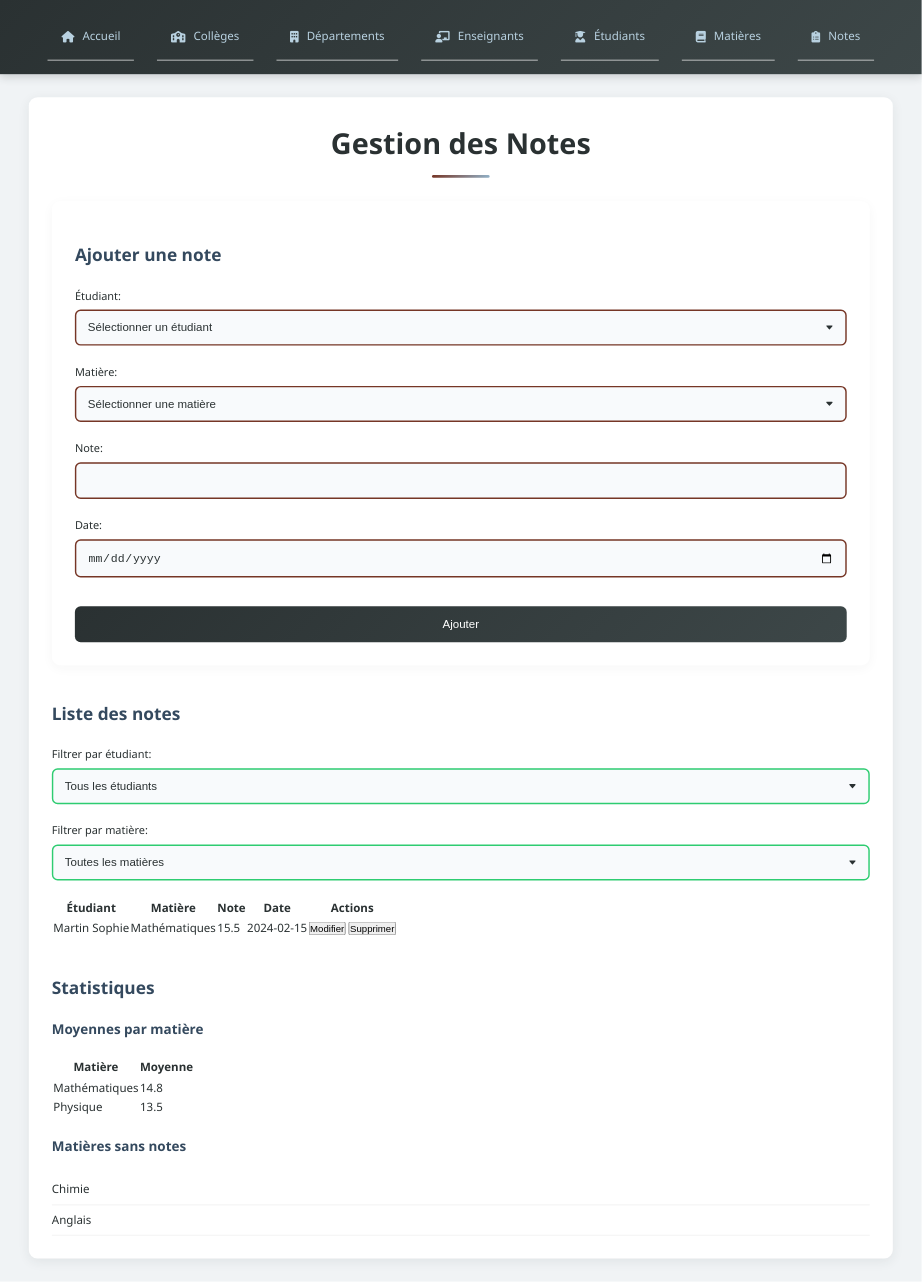
Repository: Ishimw3/college-management
Page: pages/grades.html
The author's editor kept a copy of each file at every save. The page is drawn from the files as they stood at one save, then again after the next save.
The browser window is 1280 px wide. The pictures show the whole page, at 72% of full size.

Above is the page before, as saved 2025-02-24 20:40:48.
Console error: ReferenceError: data is not defined

### pages/grades.html
<!DOCTYPE html>
<html lang="fr">
<head>
    <meta charset="UTF-8">
    <meta name="viewport" content="width=device-width, initial-scale=1.0">
    <title>Gestion des Notes</title>
    <link rel="stylesheet" href="../assets/css/main.css">
    <link rel="stylesheet" href="https://cdnjs.cloudflare.com/ajax/libs/font-awesome/6.0.0-beta3/css/all.min.css">
</head>
<body>
    <nav>
        <ul>
            <li><a href="../index.html"><i class="fas fa-home"></i> Accueil</a></li>
            <li><a href="colleges.html"><i class="fas fa-school"></i> Collèges</a></li>
            <li><a href="departements.html"><i class="fas fa-building"></i> Départements</a></li>
            <li><a href="teachers.html"><i class="fas fa-chalkboard-teacher"></i> Enseignants</a></li>
            <li><a href="students.html"><i class="fas fa-user-graduate"></i> Étudiants</a></li>
            <li><a href="subjects.html"><i class="fas fa-book"></i> Matières</a></li>
            <li><a href="grades.html"><i class="fas fa-clipboard-list"></i> Notes</a></li>
        </ul>
    </nav>

    <div class="container">
        <h1>Gestion des Notes</h1>

        <!-- Formulaire d'ajout de note -->
        <section class="form-section">
            <h2>Ajouter une note</h2>
            <form>
                <div class="form-group">
                    <label for="etudiant">Étudiant:</label>
                    <select id="etudiant" required>
                        <option value="">Sélectionner un étudiant</option>
                        <option value="1">Martin Sophie</option>
                        <option value="2">Dubois Pierre</option>
                    </select>
                </div>
                <div class="form-group">
                    <label for="matiere">Matière:</label>
                    <select id="matiere" required>
                        <option value="">Sélectionner une matière</option>
                        <option value="1">Mathématiques</option>
                        <option value="2">Physique</option>
                    </select>
                </div>
                <div class="form-group">
                    <label for="note">Note:</label>
                    <input type="number" id="note" min="0" max="20" step="0.5" required>
                </div>
                <div class="form-group">
                    <label for="date">Date:</label>
                    <input type="date" id="date" required>
                </div>
                <button type="submit">Ajouter</button>
            </form>
        </section>

        <!-- Liste des notes -->
        <section class="list-section">
            <h2>Liste des notes</h2>
            <div class="filters">
                <div class="form-group">
                    <label for="filter-etudiant">Filtrer par étudiant:</label>
                    <select id="filter-etudiant">
                        <option value="">Tous les étudiants</option>
                        <option value="1">Martin Sophie</option>
                        <option value="2">Dubois Pierre</option>
                    </select>
                </div>
                <div class="form-group">
                    <label for="filter-matiere">Filtrer par matière:</label>
                    <select id="filter-matiere">
                        <option value="">Toutes les matières</option>
                        <option value="1">Mathématiques</option>
                        <option value="2">Physique</option>
                    </select>
                </div>
            </div>

            <table>
                <thead>
                    <tr>
                        <th>Étudiant</th>
                        <th>Matière</th>
                        <th>Note</th>
                        <th>Date</th>
                        <th>Actions</th>
                    </tr>
                </thead>
                <tbody>
                    <tr>
                        <td>Martin Sophie</td>
                        <td>Mathématiques</td>
                        <td>15.5</td>
                        <td>2024-02-15</td>
                        <td>
                            <button class="btn-edit">Modifier</button>
                            <button class="btn-delete">Supprimer</button>
                        </td>
                    </tr>
                </tbody>
            </table>
        </section>

        <!-- Statistiques -->
        <section class="stats-section">
            <h2>Statistiques</h2>
            <div class="stats-grid">
                <div class="stat-card">
                    <h3>Moyennes par matière</h3>
                    <table>
                        <thead>
                            <tr>
                                <th>Matière</th>
                                <th>Moyenne</th>
                            </tr>
                        </thead>
                        <tbody>
                            <tr>
                                <td>Mathématiques</td>
                                <td>14.8</td>
                            </tr>
                            <tr>
                                <td>Physique</td>
                                <td>13.5</td>
                            </tr>
                        </tbody>
                    </table>
                </div>
                <div class="stat-card">
                    <h3>Matières sans notes</h3>
                    <ul>
                        <li>Chimie</li>
                        <li>Anglais</li>
                    </ul>
                </div>
            </div>
        </section>
    </div>

    <script src="../assets/js/utils.js"></script>
    <script src="../assets/js/main.js"></script>
    <script src="../assets/js/app.js"></script>
</body>
</html>

### assets/css/main.css
:root {
    --charcoal: #2A3132;
    --rust: #763626;
    --sky-blue: #90AFC5;
    --light-sky: #b8d1e0;
    --dark-rust: #562419;
    --light-charcoal: #3d4748;
    --input-bg: #f8fafc;
    --input-border: #e2e8f0;
    --input-focus-border: var(--sky-blue);
    --input-shadow: rgba(144, 175, 197, 0.1);
    --form-shadow: rgba(42, 49, 50, 0.04);
}

/* Reset et styles de base */
* {
    margin: 0;
    padding: 0;
    box-sizing: border-box;
}

body {
    font-family: 'Segoe UI', Tahoma, Geneva, Verdana, sans-serif;
    line-height: 1.6;
    color: var(--charcoal);
    background-color: #f0f3f5;
}

/* Navigation */
nav {
    background: linear-gradient(135deg, var(--charcoal), var(--light-charcoal));
    padding: 1.2rem;
    box-shadow: 0 4px 12px rgba(42, 49, 50, 0.2);
}

nav ul {
    list-style: none;
    display: flex;
    justify-content: center;
    gap: 2rem;
    max-width: 1200px;
    margin: 0 auto;
}

nav a {
    color: var(--light-sky);
    text-decoration: none;
    padding: 0.7rem 1.2rem;
    border-radius: 6px;
    transition: all 0.3s ease;
    display: flex;
    align-items: center;
    gap: 0.7rem;
}

nav a:hover {
    background-color: var(--rust);
    transform: translateY(-2px);
    color: white;
}

/* Conteneur principal */
.container {
    max-width: 1200px;
    margin: 2rem auto;
    padding: 2rem;
    background-color: white;
    border-radius: 12px;
    box-shadow: 0 4px 16px rgba(42, 49, 50, 0.08);
}

/* En-têtes */
h1 {
    margin-bottom: 2rem;
    color: var(--charcoal);
    font-size: 2.5rem;
    text-align: center;
    position: relative;
    padding-bottom: 1rem;
}

h1:after {
    content: '';
    position: absolute;
    bottom: 0;
    left: 50%;
    transform: translateX(-50%);
    width: 80px;
    height: 4px;
    background: linear-gradient(90deg, var(--rust), var(--sky-blue));
    border-radius: 2px;
}

h2, h3 {
    margin: 1.5rem 0;
    color: #34495e;
    font-family: 'Segoe UI', Tahoma, Geneva, Verdana, sans-serif;
}

/* Sections */
.form-section, .list-section {
    margin-bottom: 3rem;
}

.form-section {
    background: white;
    padding: 2rem;
    border-radius: 12px;
    box-shadow: 0 4px 16px var(--form-shadow);
    margin-bottom: 3rem;
}

/* Formulaires */
.form-group {
    margin-bottom: 1.5rem;
    position: relative;
}

label {
    display: block;
    margin-bottom: 0.5rem;
    font-weight: 500;
    color: var(--charcoal);
    transition: all 0.3s ease;
    font-size: 0.95rem;
}

input, select, textarea {
    width: 100%;
    padding: 0.9rem 1rem;
    border: 2px solid var(--input-border);
    border-radius: 8px;
    background: var(--input-bg);
    font-size: 1rem;
    transition: all 0.3s ease;
    color: var(--charcoal);
}

input:hover, select:hover, textarea:hover {
    border-color: var(--sky-blue);
    background: white;
}

input:focus, select:focus, textarea:focus {
    border-color: var(--sky-blue);
    background: white;
    outline: none;
    box-shadow: 0 0 0 4px var(--input-shadow);
}

/* Style pour les champs requis */
input:required + label::after,
select:required + label::after {
    content: '*';
    color: var(--rust);
    margin-left: 4px;
}

/* Style pour les champs valides/invalides */
input:valid,
select:valid {
    border-color: #2ecc71;
}

input:invalid:not(:placeholder-shown),
select:invalid:not(:focus) {
    border-color: var(--rust);
}

/* Boutons de formulaire */
form button {
    background: linear-gradient(135deg, var(--charcoal), var(--light-charcoal));
    color: white;
    padding: 1rem 2rem;
    border: none;
    border-radius: 8px;
    font-weight: 500;
    font-size: 1rem;
    cursor: pointer;
    transition: all 0.3s ease;
    width: 100%;
    margin-top: 1rem;
}

form button:hover {
    background: linear-gradient(135deg, var(--rust), var(--dark-rust));
    transform: translateY(-2px);
    box-shadow: 0 4px 12px rgba(118, 54, 38, 0.2);
}

form button:active {
    transform: translateY(0);
}

/* Animation de focus pour les labels */
.form-group:focus-within label {
    color: var(--sky-blue);
    transform: translateY(-2px);
}

/* Style pour les select */
select {
    appearance: none;
    background-image: url("data:[embedded picture, 259 characters]");
    background-repeat: no-repeat;
    background-position: right 1rem center;
    padding-right: 2.5rem;
}

/* Groupes de formulaires en colonnes */
@media (min-width: 768px) {
    .form-row {
        display: grid;
        grid-template-columns: repeat(2, 1fr);
        gap: 1.5rem;
    }
}

/* Message d'aide pour les champs */
.form-help {
    font-size: 0.85rem;
    color: #666;
    margin-top: 0.25rem;
}

/* Animation de chargement pour les boutons */
form button.loading {
    position: relative;
    color: transparent;
}

form button.loading::after {
    content: '';
    position: absolute;
    width: 20px;
    height: 20px;
    top: 50%;
    left: 50%;
    margin: -10px 0 0 -10px;
    border: 2px solid rgba(255,255,255,0.3);
    border-radius: 50%;
    border-top-color: white;
    animation: spin 0.8s infinite linear;
}

@keyframes spin {
    to { transform: rotate(360deg); }
}

/* Liste sans puces */
ul {
    list-style: none;
    padding: 0;
}

ul li {
    padding: 0.5rem 0;
    border-bottom: 1px solid #eee;
}

/* États des salles */
.rooms-list td:last-child {
    font-weight: 500;
}

.rooms-list td:last-child:contains('Disponible') {
    color: #2ecc71;
}

.rooms-list td:last-child:contains('En cours') {
    color: var(--rust);
}

/* Améliorations pour l'impression */
@media print {
    .filters,
    .form-section,
    .btn-edit,
    .btn-delete {
        display: none;
    }

    .stats-grid {
        display: block;
    }

    .stat-card {
        page-break-inside: avoid;
        margin-bottom: 1rem;
    }
}

/* Responsive pour petits écrans */
@media (max-width: 576px) {
    .stats-grid {
        grid-template-columns: 1fr;
    }

    .filters {
        grid-template-columns: 1fr;
    }

    .stat-item {
        padding: 0.75rem;
    }

    .stat-value {
        font-size: 1.25rem;
    }
}

/* Notifications */
.notification {
    position: fixed;
    top: 20px;
    right: 20px;
    padding: 1rem 2rem;
    border-radius: 8px;
    background: var(--charcoal);
    color: white;
    box-shadow: 0 4px 12px rgba(0,0,0,0.1);
    z-index: 1000;
    animation: slideIn 0.3s ease, slideOut 0.3s ease 2.7s;
}

.notification.success {
    background: #2ecc71;
}

.notification.error {
    background: var(--rust);
}

@keyframes slideIn {
    from { transform: translateX(100%); opacity: 0; }
    to { transform: translateX(0); opacity: 1; }
}

@keyframes slideOut {
    from { transform: translateX(0); opacity: 1; }
    to { transform: translateX(100%); opacity: 0; }
}

### assets/js/utils.js
// ...existing code...

const DataManager = {
    // Stockage local
    saveData() {
        localStorage.setItem('collegeData', JSON.stringify(data));
    },

    loadData() {
        const savedData = localStorage.getItem('collegeData');
        if (savedData) {
            data = JSON.parse(savedData);
        }
    },

    // CRUD Opérations génériques
    add(type, item) {
        item.id = Date.now(); // Simple ID unique
        data[type].push(item);
        this.saveData();
        return item;
    },

    update(type, id, updates) {
        const index = data[type].findIndex(item => item.id === id);
        if (index !== -1) {
            data[type][index] = { ...data[type][index], ...updates };
            this.saveData();
            return true;
        }
        return false;
    },

    delete(type, id) {
        data[type] = data[type].filter(item => item.id !== id);
        this.saveData();
    },

    get(type, id) {
        return data[type].find(item => item.id === id);
    },

    getAll(type) {
        return data[type];
    }
};

// ...existing code...

### assets/js/main.js
document.addEventListener('DOMContentLoaded', () => {
    // Initialisation des données
    let data = {
        colleges: [],
        departements: [],
        enseignants: [],
        etudiants: [],
        matieres: [],
        notes: []
    };

    // Initialisation
    const initialize = () => {
        DataManager.loadData();
        UIManager.initializeForms();
        UIManager.initializeTables();
        UIManager.setupPrintButtons();
        UIManager.initializeDetailViews();
        UIManager.updateAverages();
    };

    initialize();
});

Loaded but not shown: assets/js/app.js (231 lines, source omitted)

After the next save:
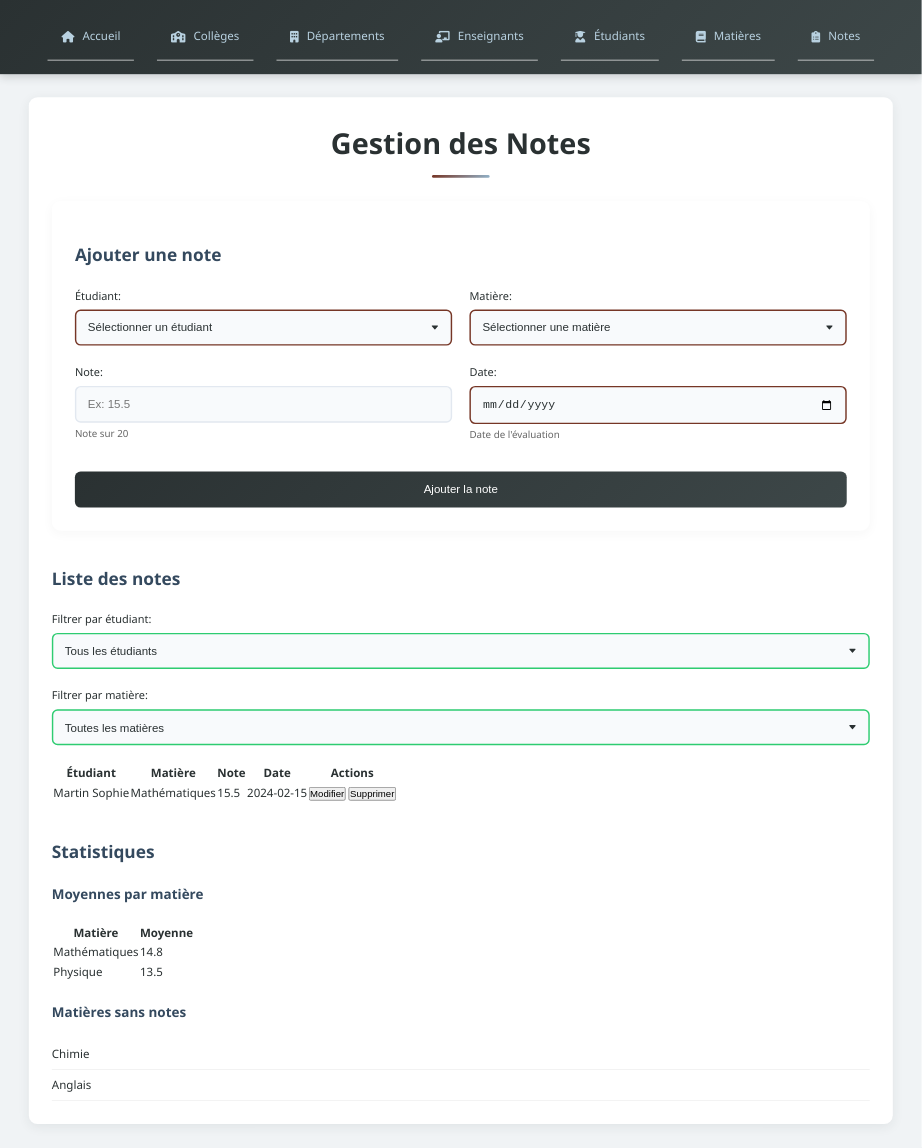
Saved 4 s later.
--- a/pages/grades.html
+++ b/pages/grades.html
@@ -27,31 +27,37 @@
         <section class="form-section">
             <h2>Ajouter une note</h2>
             <form>
-                <div class="form-group">
-                    <label for="etudiant">Étudiant:</label>
-                    <select id="etudiant" required>
-                        <option value="">Sélectionner un étudiant</option>
-                        <option value="1">Martin Sophie</option>
-                        <option value="2">Dubois Pierre</option>
-                    </select>
+                <div class="form-row">
+                    <div class="form-group">
+                        <label for="etudiant">Étudiant:</label>
+                        <select id="etudiant" name="etudiant" required>
+                            <option value="">Sélectionner un étudiant</option>
+                            <option value="1">Martin Sophie</option>
+                            <option value="2">Dubois Pierre</option>
+                        </select>
+                    </div>
+                    <div class="form-group">
+                        <label for="matiere">Matière:</label>
+                        <select id="matiere" name="matiere" required>
+                            <option value="">Sélectionner une matière</option>
+                            <option value="1">Mathématiques</option>
+                            <option value="2">Physique</option>
+                        </select>
+                    </div>
                 </div>
-                <div class="form-group">
-                    <label for="matiere">Matière:</label>
-                    <select id="matiere" required>
-                        <option value="">Sélectionner une matière</option>
-                        <option value="1">Mathématiques</option>
-                        <option value="2">Physique</option>
-                    </select>
+                <div class="form-row">
+                    <div class="form-group">
+                        <label for="note">Note:</label>
+                        <input type="number" id="note" name="note" min="0" max="20" step="0.5" required placeholder="Ex: 15.5">
+                        <div class="form-help">Note sur 20</div>
+                    </div>
+                    <div class="form-group">
+                        <label for="date">Date:</label>
+                        <input type="date" id="date" name="date" required>
+                        <div class="form-help">Date de l'évaluation</div>
+                    </div>
                 </div>
-                <div class="form-group">
-                    <label for="note">Note:</label>
-                    <input type="number" id="note" min="0" max="20" step="0.5" required>
-                </div>
-                <div class="form-group">
-                    <label for="date">Date:</label>
-                    <input type="date" id="date" required>
-                </div>
-                <button type="submit">Ajouter</button>
+                <button type="submit">Ajouter la note</button>
             </form>
         </section>
 
